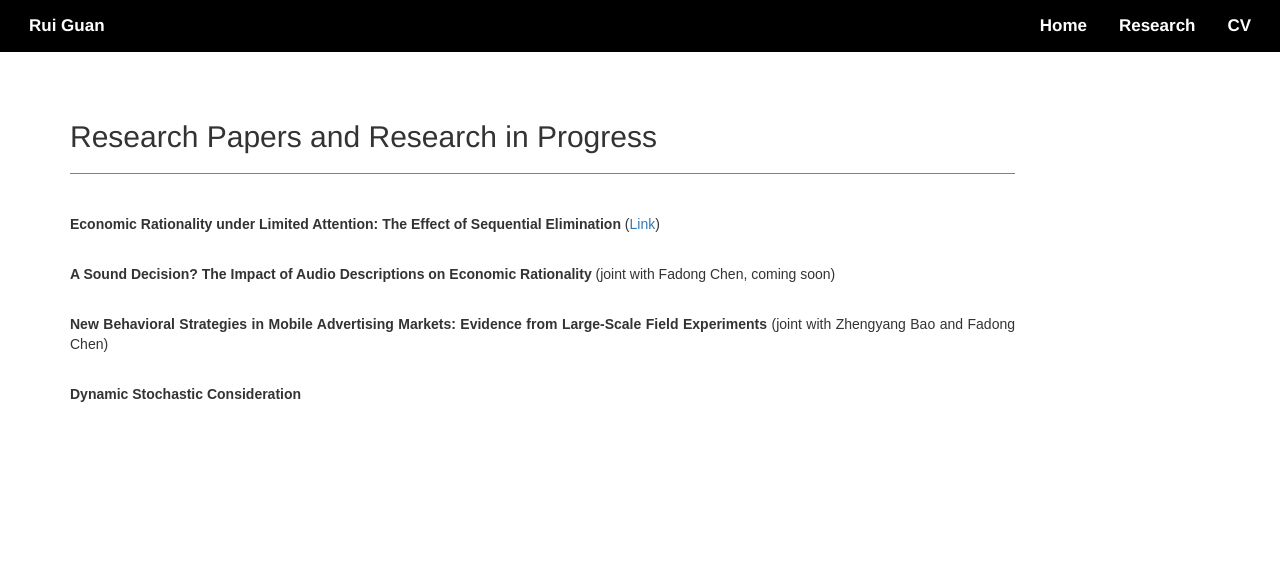
Repository: rui-guan/rui-guan.github.io
Page: research.html
These files come from the project's save history. The page is drawn as it stood at one moment and after the next save; the edit follows.
The browser window is 1280 px wide. The pictures show the whole page.

Above is the page before, as saved 2024-04-28 15:43:19.

### research.html

<!DOCTYPE html>
<html lang="en">


  <html lang="en">
    <head>
      <title>Rui Guan</title>
      <meta charset="utf-8">
      <meta name="viewport" content="width=device-width, initial-scale=1">
      <link rel="stylesheet" href="https://maxcdn.bootstrapcdn.com/bootstrap/3.3.6/css/bootstrap.min.css">
      <script src="https://ajax.googleapis.com/ajax/libs/jquery/1.12.0/jquery.min.js"></script>
      <script src="https://maxcdn.bootstrapcdn.com/bootstrap/3.3.6/js/bootstrap.min.js"></script>
      <link href='https://fonts.googleapis.com/css?family=Oswald:700' rel='stylesheet' type='text/css'>
      <style>

        p {text-align: justify;
          font-size: 14px;
          font-family: Arial, Helvetica, sans-serif;
        }


        nav{
    display: flex;
    position: fixed;
    top:0;
    width: 100%;
    background-color: black;
    overflow: auto;
    height: auto;
    padding-left: 15px;
    padding-right: 15px;
  }
  .left-links{
    flex:1 1 200px;
  }
  .links {
    display: inline-block;
    text-align: center;
    padding: 14px;
    color: white;
    text-decoration: none;
    font-size: 17px;
    font-weight: bolder;
  }
  .links:hover {
    color: white;
  }
  .selected{
    color: white;
  }

        </style>
    </head>
    <body>

    <!-- Navigation -->
<!-- Navigation -->
<nav>
  <div class="left-links">
    <a class="links"  href="index.html">Rui Guan</a>

  </div>
  <div class="right-links">

  <a class="links"  href="index.html">Home</a>
   <a class="links"  href="research.html">Research</a>
   <a class="links" href="./asset/cv.pdf">CV</a>
  </div>
  </nav>
  <!-- Page Content -->

  <br>
  <br>
  <br>
  <br>
  <br>

    <!-- Page Content -->
    <div class="container">

        <div class="row">
            <div class="col-md-10" style="height">
                <h2 id="slides">Research Papers and Research in Progress</h2>
                <hr style="height:1px;border-width:0;color:gray;background-color:gray">
                <br>
                <p>
                  <strong>Economic Rationality under Limited Attention: The Effect of Sequential Elimination</strong> (<a href="./paper/ERuLA.pdf">Link</a>)
                </p>
                <br>
                <p>
                  <strong>A Sound Decision? The Impact of Audio Descriptions on Economic Rationality </strong> (joint with Fadong Chen, coming soon)
                </p>
                <br>
                <p>
                  <strong>New Behavioral Strategies in Mobile Advertising Markets: Evidence from Large-Scale Field Experiments </strong> (joint with Zhengyang Bao and Fadong Chen)
                </p>
                <br>
                <p>
                  <strong>Dynamic Stochastic Consideration</strong>
                </p>
                <br>
                <br>
                <br>
          </div>
        </div>

    </div>
    <!-- /.container -->

</body>

</html>

After the next save:
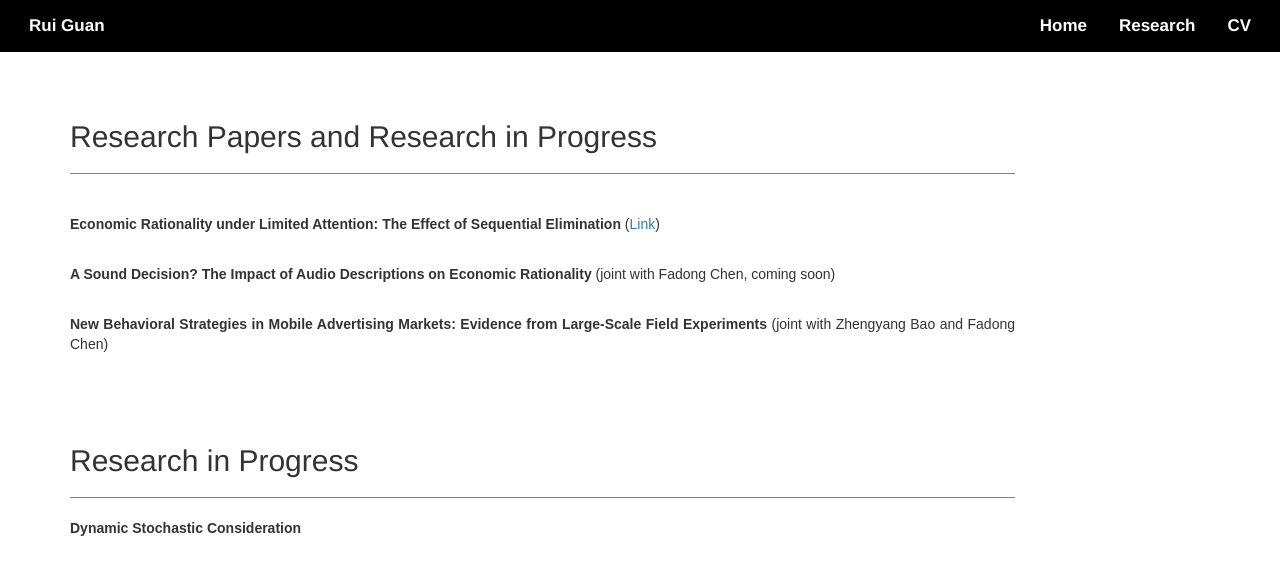
Saved 52 s later.
--- a/research.html
+++ b/research.html
@@ -96,6 +96,11 @@
                   <strong>New Behavioral Strategies in Mobile Advertising Markets: Evidence from Large-Scale Field Experiments </strong> (joint with Zhengyang Bao and Fadong Chen)
                 </p>
                 <br>
+                <br>
+                <br>
+                <h2 id="slides">Research in Progress</h2>
+                <hr style="height:1px;border-width:0;color:gray;background-color:gray">
+
                 <p>
                   <strong>Dynamic Stochastic Consideration</strong>
                 </p>
